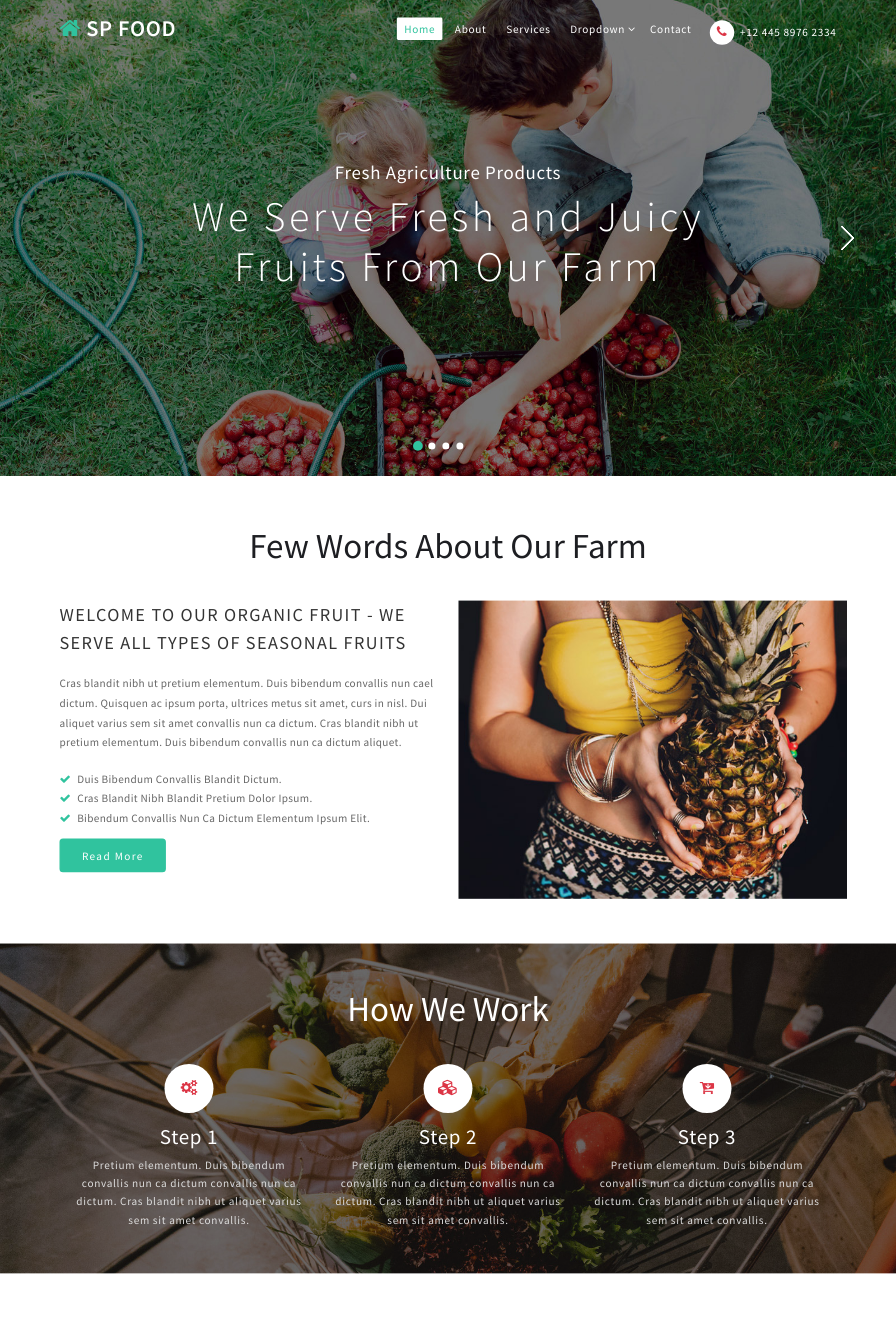
Repository: httpamit/SP-Food
Page: index.html
An editor plug-in stored every save of this project. The page is shown before and after the next save, followed by the edit.
The browser window is 1280 px wide. The pictures show the part of the page from y = 0 to 1920 px (the page is 4839 px tall), at 70% of full size.
Backgrounds fixed to the window are drawn as part of the page.

Above is the page before, as saved 2019-02-07 23:14:51.

After the next save:
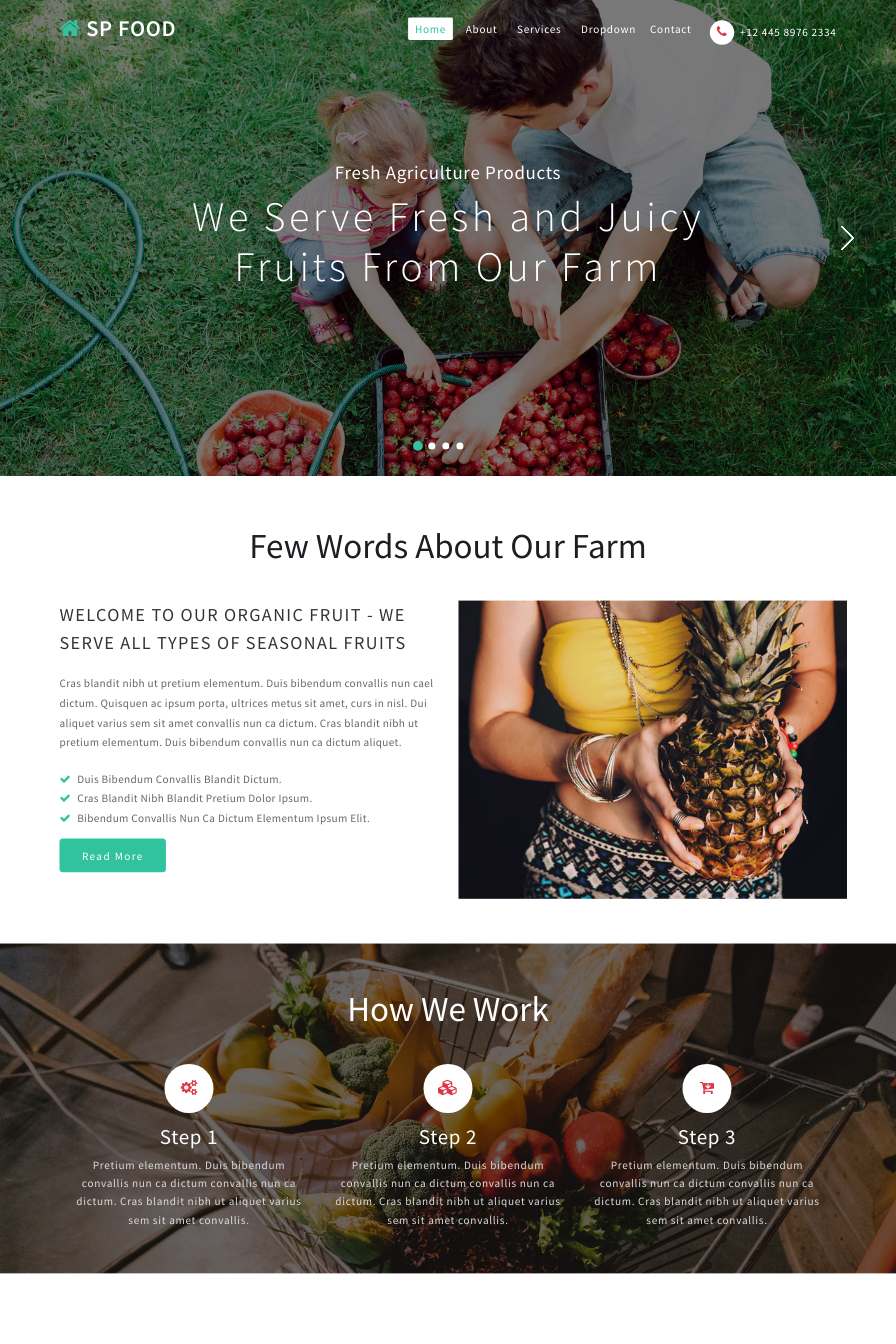
Saved 19 s later.
--- a/index.html
+++ b/index.html
@@ -48,7 +48,7 @@
 					<li class="dropdown-menu-padding">
 					<!-- First Tier Drop Down -->
 					<label for="drop-2" class="toggle">Dropdown <span class="fa fa-angle-down" aria-hidden="true"></span> </label>
-					<a href="#">Dropdown <span class="fa fa-angle-down" aria-hidden="true"></span></a>
+					<a href="#">Dropdown</a>
 					</li>
 					<li><a href="#contact">Contact</a></li>
 					<li class="buttons ml-lg-3">
